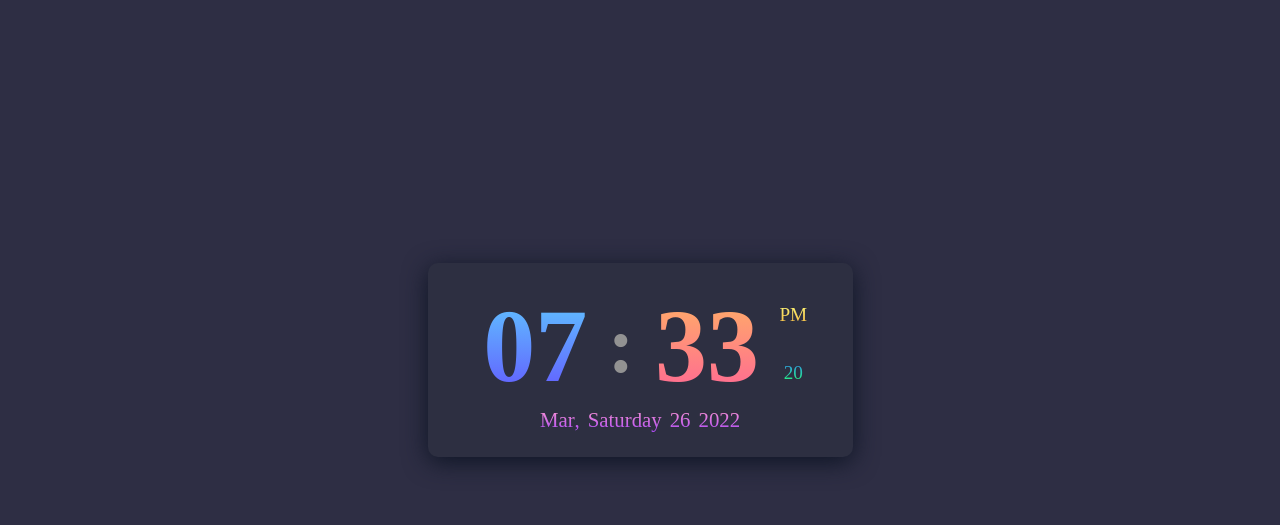
Repository: QUANGTHAI2003/digital-clock
Page: index.html
The author's editor kept a copy of each file at every save. The page is drawn from the files as they stood at one save, then again after the next save.
The browser window is 1280 px wide. The pictures show the whole page.
Some icons come from a web library that is not loaded, so they are not drawn.

Above is the page before, as saved 2022-03-26 23:55:01.
Console error: TypeError: year.addEventListener is not a function

After the next save:
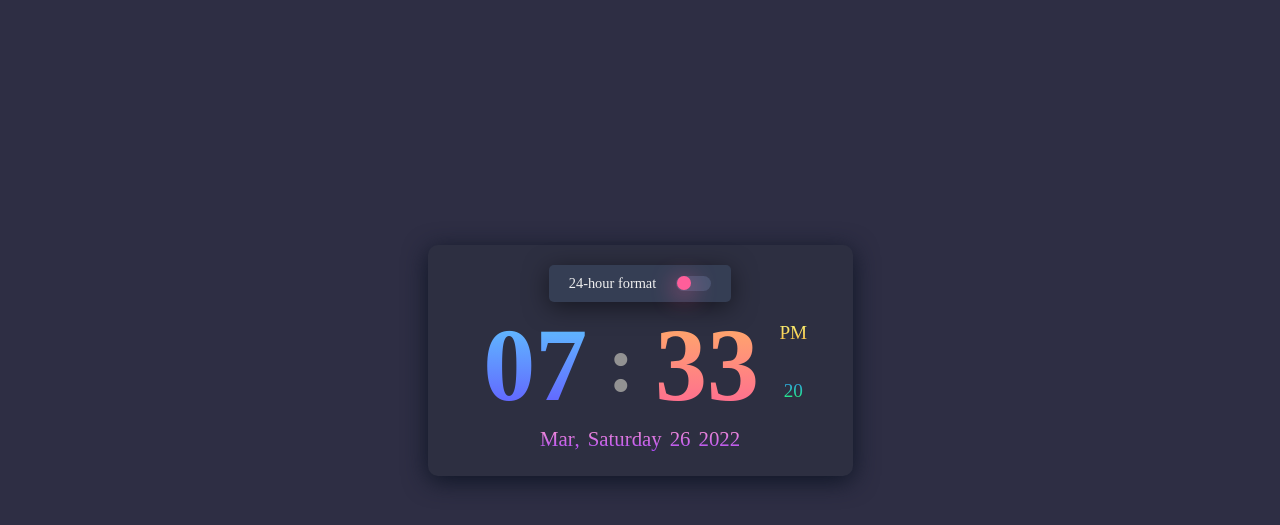
Saved 6 min 3 s later.
--- a/style.css
+++ b/style.css
@@ -129,23 +129,23 @@ body {
 
 .dot-menu {
     z-index: 999;
-    position: absolute;
+    /* position: absolute;
     top: 7px;
-    right: 5px;
+    right: 5px; */
     list-style: none;
     background: #353e54;
     padding: 10px 20px;
     border-radius: 5px;
     box-shadow: 0 5px 25px rgba(0, 0, 0, 0.5);
-    visibility: hidden;
+    /* visibility: hidden;
     opacity: 0;
-    transition: 0.3s ease;
+    transition: 0.3s ease; */
 }
 
-.dot-menu.active {
+/* .dot-menu.active {
     visibility: visible;
     opacity: 1;
-}
+} */
 
 .menu-item {
     display: flex;
